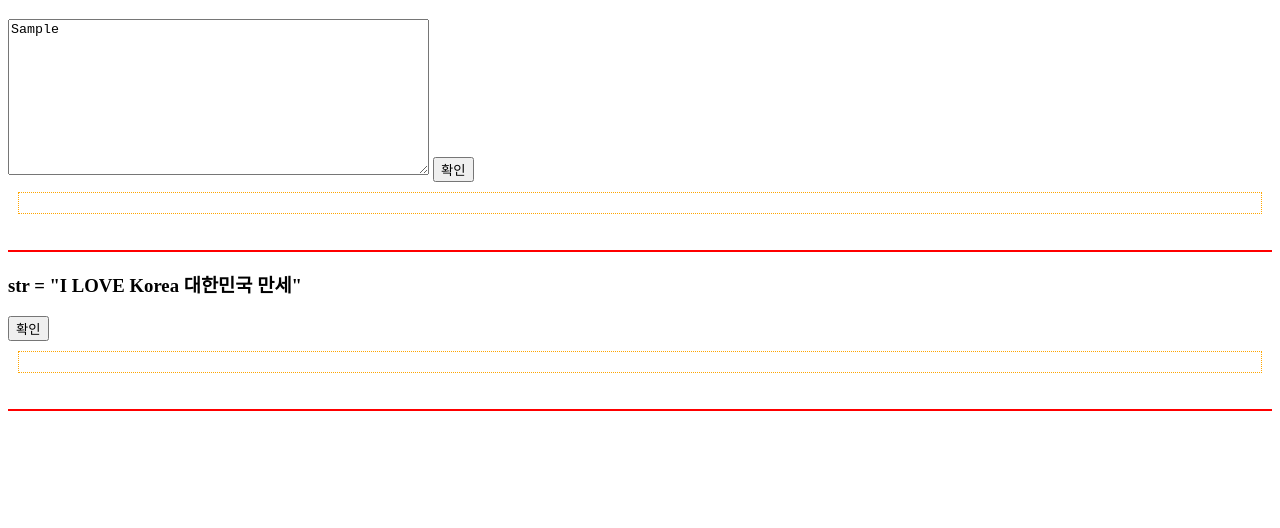
Repository: solsol7/ddit-html
Page: webpro/WebContent/0711/String객체1.html
An editor plug-in stored every save of this project. The page is shown before and after the next save, followed by the edit.
The browser window is 1280 px wide. The pictures show the whole page.
Empty fields were first filled with sample values (such as "Sample", 5 or name@example.com).
After loading, the first visible `input[onclick="proc2()"]` was clicked once.

Above is the page before, as saved 2023-07-11 07:25:10.
Console error: ReferenceError: values is not defined

After the next save:
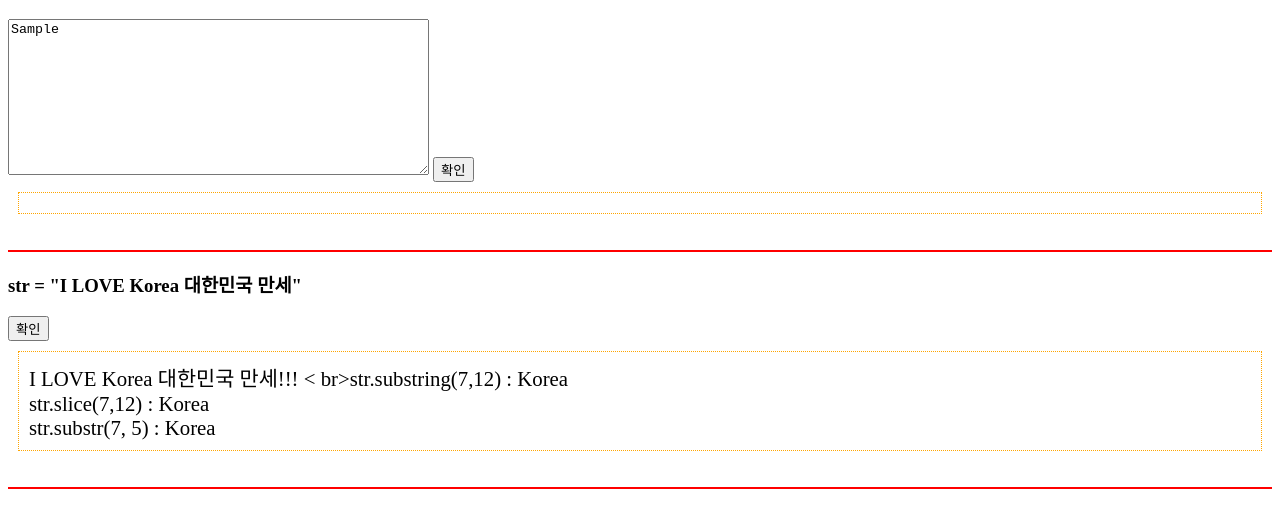
The error is gone.
Saved 13 s later.
--- a/webpro/WebContent/0711/String객체1.html
+++ b/webpro/WebContent/0711/String객체1.html
@@ -32,7 +32,7 @@ proc2 = () => {
 	pstr += `str.slice(7,12) : ${vsome2} <br>`;
 	pstr += `str.substr(7, 5) : ${vsome3} <br>`;
 
-	document.getElementById('result2').innerHTML = values;
+	document.getElementById('result2').innerHTML = pstr;
 
 }
 </script>
